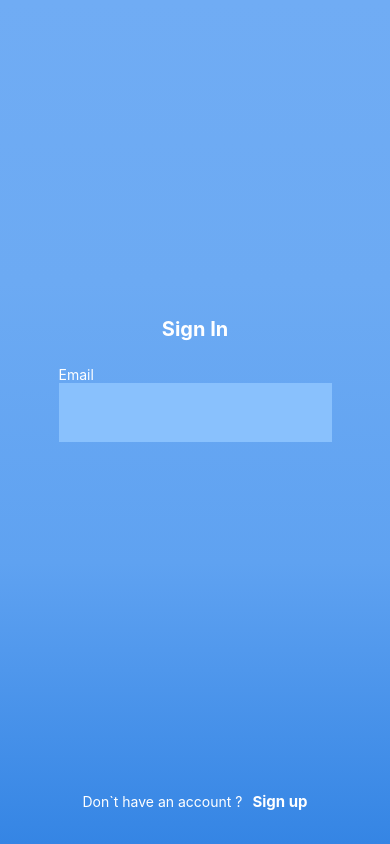
Repository: kamarajcalm/loginpage
Screen: /
These files come from the project's save history. The screen is drawn as it stood at one moment and after the next save; the edit follows.
The app was drawn by React Native's web renderer in a window 390 px wide. The project was rebuilt for these pictures with package versions that can differ from the ones it lists, and the page was loaded fresh each time.

Above is the screen before, as saved 2021-12-26 00:00:19.

### App.js
import { StatusBar } from 'expo-status-bar';
import { StyleSheet, Text, View, TouchableOpacity, Dimensions } from 'react-native';
import { LinearGradient } from 'expo-linear-gradient';
const { height, width } = Dimensions.get("window")
export default function App() {
  return (
    <LinearGradient style={styles.container}
      colors={["#70ACF4", '#6CAAF3', "#5FA2F1", "#3585E4",]}
    >

      <StatusBar style="auto" />

      <View style={styles.content}>
        <View style={[styles.center]}>
          <Text style={[styles.text, { fontSize: 20, fontWeight: "bold" }]}>Sign In</Text>
        </View>

        <View style={[styles.textInputContainer]}>
          <View>
            <Text style={styles.text}>Email</Text>
          </View>
          <View style={[styles.textBox]}>

          </View>
        </View>
      </View>
      <View style={styles.footer}>
        <View>
          <Text style={styles.text}>Don`t have an account ?</Text>
        </View>
        <TouchableOpacity style={{ marginLeft: 10 }}>
          <Text style={[styles.text, { fontWeight: "bold", fontSize: 15 }]}>Sign up</Text>
        </TouchableOpacity>
      </View>
    </LinearGradient>
  );
}

const styles = StyleSheet.create({
  container: {
    flex: 1,

  },
  textInputContainer: {
    paddingHorizontal: width * 0.15,
    marginTop: height * 0.03
  },
  center: {
    alignItems: "center",
    justifyContent: "center"
  },
  content: {
    flex: 0.9,
    justifyContent: "center"
  },
  footer: {
    flex: 0.1,
    flexDirection: "row",
    alignItems: "center",
    justifyContent: "center"
  },
  textBox: {
    height: height * 0.07,
    width: width * 0.7,
    flexDirection: "row",
    backgroundColor: "#89C1FD"
  },
  text: {
    color: "#fff"
  }
});

After the next save:
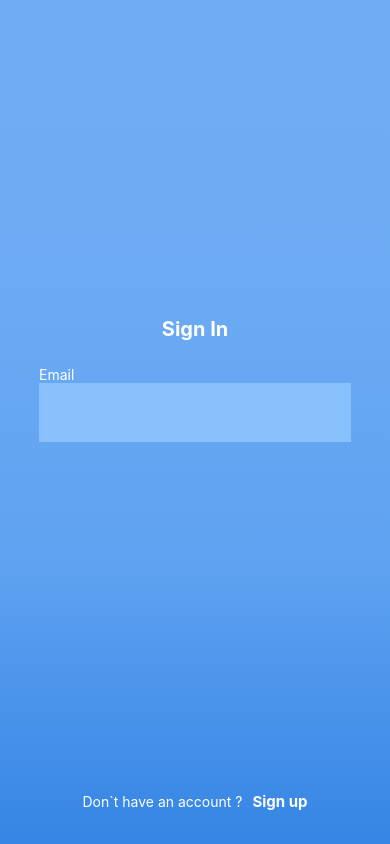
Saved 26 s later.
--- a/App.js
+++ b/App.js
@@ -42,7 +42,7 @@ const styles = StyleSheet.create({
 
   },
   textInputContainer: {
-    paddingHorizontal: width * 0.15,
+    paddingHorizontal: width * 0.1,
     marginTop: height * 0.03
   },
   center: {
@@ -61,7 +61,7 @@ const styles = StyleSheet.create({
   },
   textBox: {
     height: height * 0.07,
-    width: width * 0.7,
+    width: width * 0.8,
     flexDirection: "row",
     backgroundColor: "#89C1FD"
   },
